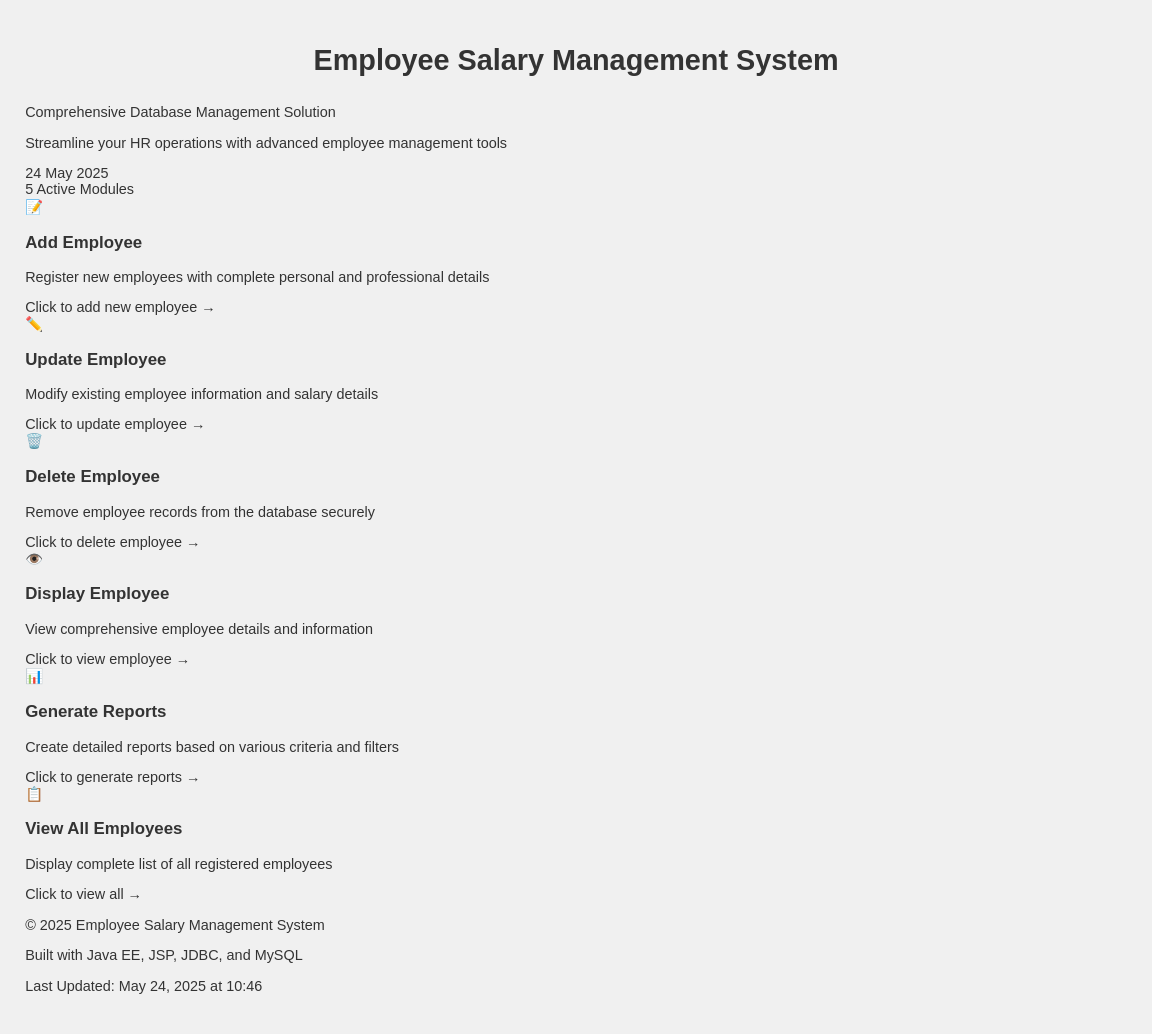
Repository: sweekrithishetty28/Employee_Salary_Management
Page: http://localhost/EmployeeWebApp/
An editor plug-in stored every save of this project. The page is shown before and after the next save, followed by the edit.
The browser window is 1280 px wide. The pictures show the whole page, at 90% of full size.
The page is served by Tomcat 9.

Above is the page before, as saved 2025-05-27 06:17:02.
Console error: TypeError: Cannot set properties of null (setting 'textContent')

After the next save:
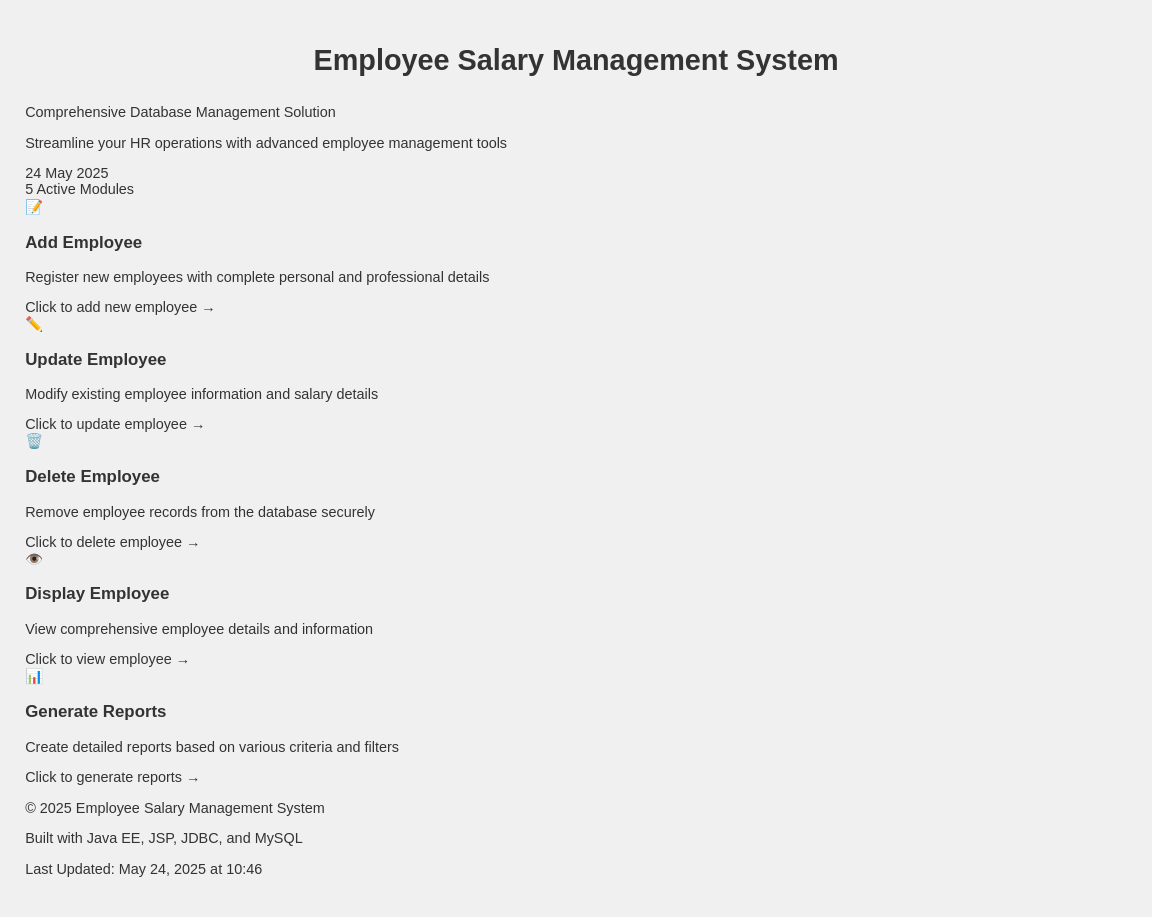
Saved 62 s later.
--- a/Employee Salary Mangement/EmployeeWebApp/src/main/webapp/index.jsp
+++ b/Employee Salary Mangement/EmployeeWebApp/src/main/webapp/index.jsp
@@ -88,13 +88,7 @@
                 <div class="action-hint">Click to generate reports →</div>
             </div>
 
-            <div class="nav-card" onclick="showAllEmployees()">
-                <span class="icon">📋</span>
-                <h3>View All Employees</h3>
-                <p>Display complete list of all registered employees</p>
-                <div class="action-hint">Click to view all →</div>
-            </div>
-        </div>
+
 
 
 
